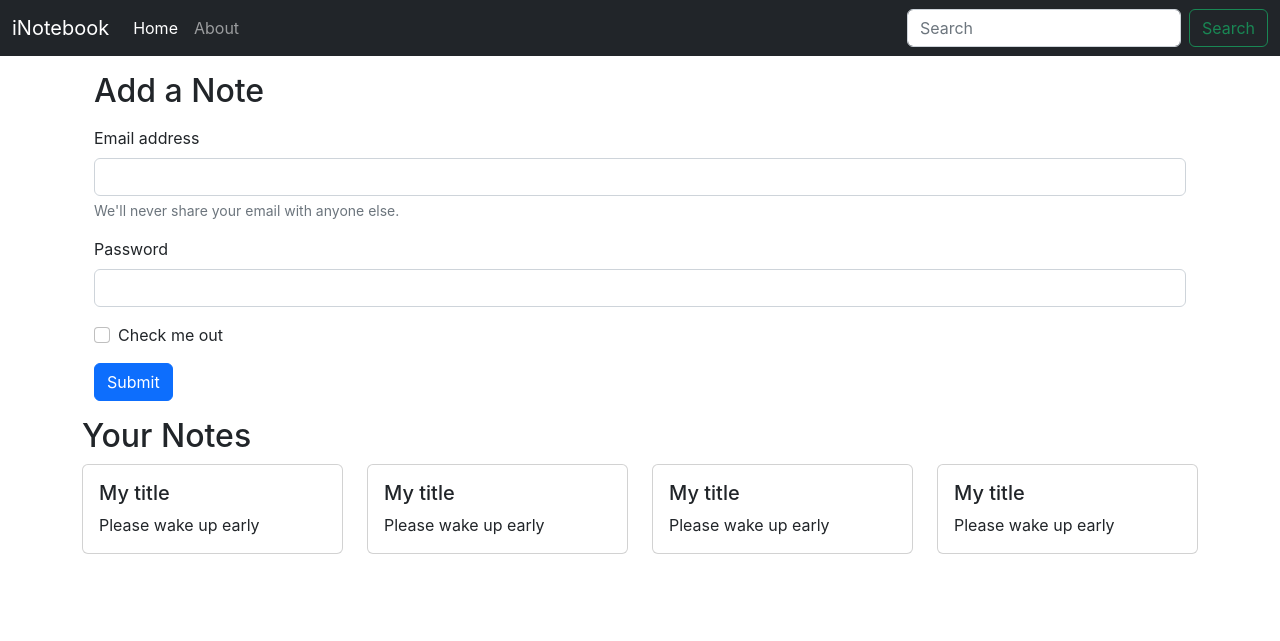
Repository: SatishPatil108/iNotebook-React
Page: /
These files come from the project's save history. The page is drawn as it stood at one moment and after the next save; the edit follows.
The browser window is 1280 px wide. The pictures show the whole page.
The project was rebuilt for these pictures with package versions that can differ from the ones it lists, and the page was loaded fresh each time. Also part of the build but not shown: src/App.css, src/components/About.js.

Above is the page before, as saved 2022-07-24 18:14:34.

After the next save:
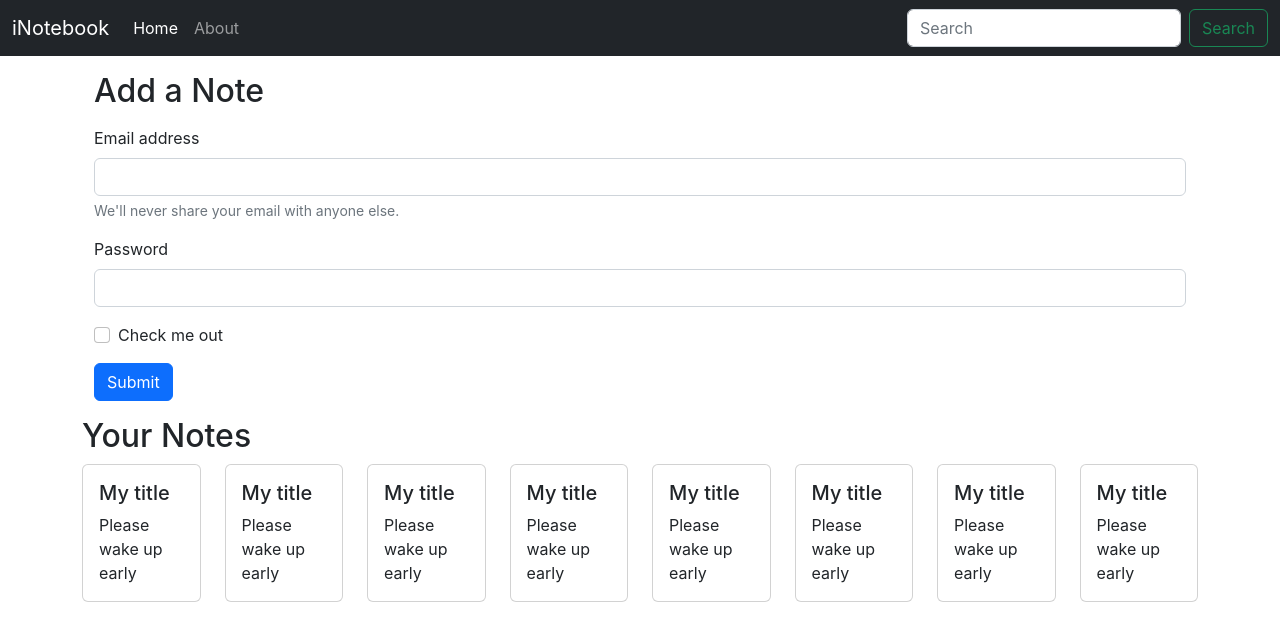
Saved 48 s later.
--- a/src/context/notes/NoteState.js
+++ b/src/context/notes/NoteState.js
@@ -2,6 +2,42 @@
 import { useState } from "react";
 const NoteState = (props) => {
     const notesInitial = [
+        {
+            "_id": "62da4a93624101fbcba2f70b",
+            "user": "62da3547e5c581994402a424",
+            "title": "My title",
+            "description": "Please wake up early",
+            "tag": "Personal",
+            "date": "2022-07-22T06:58:27.100Z",
+            "__v": 0
+        },
+        {
+            "_id": "62da4a93624101fbcba2f70d",
+            "user": "62da3547e5c581994402a424",
+            "title": "My title",
+            "description": "Please wake up early",
+            "tag": "Personal",
+            "date": "2022-07-22T06:58:27.254Z",
+            "__v": 0
+        },
+        {
+            "_id": "62da4b55247e3f71d9903681",
+            "user": "62da3547e5c581994402a424",
+            "title": "My title",
+            "description": "Please wake up early",
+            "tag": "Personal",
+            "date": "2022-07-22T07:01:41.403Z",
+            "__v": 0
+        },
+        {
+            "_id": "62da89d6007163cf4d1b5c32",
+            "user": "62da3547e5c581994402a424",
+            "title": "My title",
+            "description": "Please wake up early",
+            "tag": "Personal",
+            "date": "2022-07-22T11:28:22.313Z",
+            "__v": 0
+        },
         {
             "_id": "62da4a93624101fbcba2f70b",
             "user": "62da3547e5c581994402a424",
